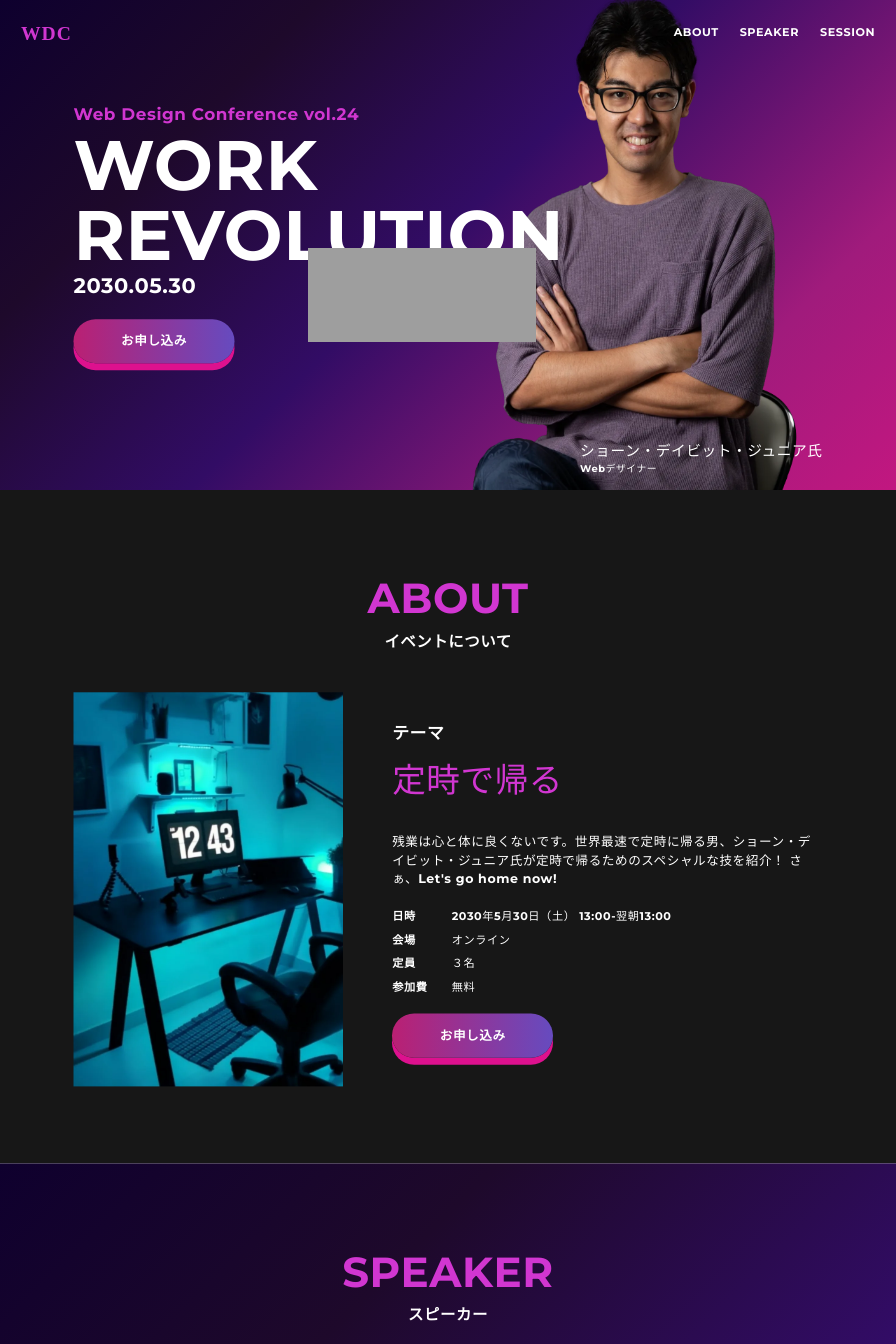
Repository: tetishi/wdc
Page: index.html
An editor plug-in stored every save of this project. The page is shown before and after a run of saves, followed by the edit.
The browser window is 1280 px wide. The pictures show the part of the page from y = 0 to 1920 px (the page is 6217 px tall before and 6224 px after), at 70% of full size.
Pictures or frames that could not be fetched are drawn as grey boxes. Some web libraries are served in a nearby version. The style sheet was rebuilt from its Sass, Less or Tailwind sources for each picture, by a compiler version that may differ from the author's.

Above is the page before, as saved 2023-07-05 14:13:44.

### index.html
<!DOCTYPE html>
<html lang="ja">
<head>
    <meta charset="UTF-8">
    <meta http-equiv="X-UA-Compatible" content="IE=edge">
    <meta name="viewport" content="width=device-width, initial-scale=1.0">
    <title>WDC</title>
    <link href="https://use.fontawesome.com/releases/v5.6.1/css/all.css" rel="stylesheet">
    <link href="https://fonts.googleapis.com/css2?family=Montserrat:wght@700&display=swap" rel="stylesheet">
    <link rel="icon" href="img/favicon.ico">
    <link rel="stylesheet" href="./css/reset.css">
    <link rel="stylesheet" href="./css/style.css">
</head>
<body>
    <header class="header">
        <div class="header-inner">
            <h2 class="nav-title">
                <a href="./index.html">
                    <img src="img/WDC.svg" alt="WDC">
                </a>
            </h2>
            <nav class="header-nav">
                <ul id="page-link" class="header-list">
                    <li class="header-item">
                        <a href="#about">ABOUT</a>
                    </li>
                    <li class="header-item">
                        <a href="#speaker">SPEAKER</a>
                    </li>
                    <li class="header-item">
                        <a href="#session">SESSION</a>
                    </li>
                </ul>
            </nav>
        </div>
    </header>

    <main>
        <!-- fv -->
        <div class="fv">
            <div class="section-inner fv-wrapper">
                    <!-- page-title-wrapper -->
                    <div class="page-title-wrapper">
                        <div class="page-title-upper">Web Design <br class="sp-br"> Conference vol.24</div>
                        <h2 class="page-title">
                            WORK<br>
                            REVOLUTION
                        </h2>
                        <div class="page-title-bottom">2030.05.30</div>
                        <div id="page-link" class="fv-btn">
                            <a href="#registor" class="link-btn">お申し込み</a>
                        </div>
                    </div>
                    <div class="ceo-wrraper">
                        <p class="ceo-name">ショーン・デイビット・ジュニア氏</p>
                        <p class="ceo-occupation">Webデザイナー</p>
                    </div>
            </div>
        </div>

        <!-- about -->
        <section id="about" class="about-section-wrapper">
            <div class="section-inner">
                <h2 class="section-title">ABOUT</h2>
                <p class="section-under-title">イベントについて</p>
                <div class="about-container">
                    <div class="about-left-conatiner">
                        <div class="about-img-box">
                            <picture>
                                <source srcset="img/about.webp" type="image/webp">
                                <img src="img/about.jpg" alt="デスクの上のモニターには時間が表示されている">
                            </picture>
                        </div>
                    </div>
                    <div class="about-right-container">
                        <p class="top-text">テーマ</p>
                        <h3 class="theme">定時で帰る</h3>
                        <p class="theme-content">残業は心と体に良くないです。世界最速で定時に帰る男、ショーン・デイビット・ジュニア氏が定時で帰るためのスペシャルな技を紹介！ さぁ、Let's go home now!</p>
                        <table class="about-table">
                            <tbody>
                                <tr>
                                    <th>日時</th>
                                    <td>2030年5月30日（土） 13:00-翌朝13:00</td>
                                </tr>
                                <tr>
                                    <th>会場</th>
                                    <td>オンライン</td>
                                </tr>
                                <tr>
                                    <th>定員</th>
                                    <td>３名</td>
                                </tr>
                                <tr>
                                    <th>参加費</th>
                                    <td>無料</td>
                                </tr>
                            </tbody>
                        </table>
                        <div id="page-link">
                            <a href="#registor" class="link-btn">お申し込み</a>
                        </div>
                    </div>
                </div>
            </div>
        </section>

        <!-- speaker -->
        <section id="speaker" class="speaker-section-wrapper">
            <div class="section-inner">
                <h2 class="section-title">SPEAKER</h2>
                <p class="section-under-title">スピーカー</p>
                <div class="ceo-container">
                    <div class="ceo-left">
                        <h3 class="speaker-name">Shawn David Jr</h3>
                        <p class="jp-name">ショーン・デイビット・ジュニア</p>
                        <div class="speaker-text">
                            <p>株式会社スタート代表取締役。Webデザイナー。<br>
                                定時になると仕事用の脳と身体機能が停止し自動的に帰路につく男。ショーン氏のその姿は人間と言うよりもさながらアンドロイドのようである。<br>
                                ショーン氏は著書『会社ではアンドロイドになれ』の中でこう語っている。<br>
                                「会社における仕事において、我々は自分を機械、そうアンドロイドと思い込むべきだ。定時になれば自動で仕事用の機能は停止されるのだ。決められた時間に、設定されたタスクのみを行う、それがアンドロイドの役目だろう？そして、それは会社で働く我々人間の権利でもある」<br>
                                アンドロイドのように働くべきと語るショーン氏の考え方はディストピア思想と揶揄されるが、本イベントでは氏の考え方をたっぷりと味わいたい。
                            </p>
                        </div>
                    </div>
                    <div class="ceo-right">
                        <picture>
                            <source srcset="img/sean.webp" type="image/webp">
                            <img src="img/sean.jpg" alt="株式会社スタート代表取締役のShawn David Jrの写真">
                        </picture>
                    </div>
                </div>
                <div class="mihoko-container">
                    <div class="mihoko-left">
                        <picture>
                            <source srcset="img/mihoko.webp" type="image/webp">
                            <img src="img/mihoko.jpg" alt="会社員兼プロテニスプレイヤーのMihoko Tennisの写真">
                        </picture>
                    </div>
                    <div class="mihoko-right">
                        <h3 class="speaker-name">Mihoko Tennis</h3>
                        <p class="jp-name">ミホコ・テニース</p>
                        <div class="speaker-text">
                            <p>会社員兼プロテニスプレイヤー。WTOランキング63,984位。<br>
                                会社員をしながらプロテニスプレイヤーとしても生計を立てているミホコ氏。平日は仕事で忙しい中、一体どのようにテニスの練習時間を捻出しているのか？会社にもテニスラケットを持ち込むというミホコ氏のワーキングスタイルに迫る。
                            </p>
                        </div>
                    </div>
                </div>
                <div class="jecica-container">
                    <div class="jecica-left">
                        <h3 class="speaker-name">Jecica Pannacotta </h3>
                        <p class="jp-name">ジェシカ・パンナコッタ</p>
                        <div class="speaker-text">
                            <p>フリーランスのエンジニア。<br>
                                「絶対に自宅でフルリモートで働く」という徹底したモットーに基づき、約7年間外出をしていない。インターネットを信仰しており、リアルやオフラインよりもオンラインを最重要視するライフスタイルを実践している。「外に出たら負け」が口グセのジェシカ氏の『超ネット仕事術』は必聴。
                            </p>
                        </div>
                    </div>
                    <div class="jecica-right">
                        <picture>
                            <source srcset="img/jecica.webp" type="image/webp">
                            <img src="img/jecica.jpg" alt="フリーランスのエンジニアJecica Pannacottaの写真">
                        </picture>
                    </div>
                </div>
            </div>
        </section>

        <!-- session -->
        <section id="session" class="session-section-wrapper">
            <div class="section-inner">
                <h2 class="section-title">SESSION</h2>
                <p class="section-under-title">セッション</p>
                <div class="session-container">
                    <ul class="session-list">
                        <li class="session-item">
                            <div class="session-left">
                                <p class="session-item-time">13:00-14:00</p>
                            </div>
                            <div class="session-right">
                                <h3 class="session-item-title">ライトニングトーク：定時に帰る、それはアンドロイドになること</h3>
                                <p class="session-item-body">
                                    スピーカー：ショーン・デイビット・ジュニア<br>
                                    人間らしくあろうとすること、それが残業を生むのだ。さぁ！アンドロイドになるのだ！
                                </p>
                            </div>
                        </li>
                        <li class="session-item">
                            <div class="session-left">
                                <p class="session-item-time">14:00-18:00</p>
                            </div>
                            <div class="session-right">
                                <h3 class="session-item-title">ショーンのとっておきの定時に帰る方法</h3>
                                <p class="session-item-body">
                                    スピーカー：ショーン・デイビット・ジュニア<br>
                                    アンドロイド的定時に帰る方法を紹介。ワタシ、テイジデカエリマス。
                                </p>
                            </div>
                        </li>
                        <li class="session-item">
                            <div class="session-left">
                                <p class="session-item-time">18:00-24:00</p>
                            </div>
                            <div class="session-right">
                                <h3 class="session-item-title">公私混同仕事術</h3>
                                <p class="session-item-body">
                                    スピーカー：ミホコ・テニース<br>
                                    私は会社にもテニスラケットを持ち込む。そう、もういっそのこと仕事と趣味の境界線を消しましょう。
                                </p>
                            </div>
                        </li>
                        <li class="session-item">
                            <div class="session-left">
                                <p class="session-item-time">24:00-13:00</p>
                            </div>
                            <div class="session-right">
                                <h3 class="session-item-title">超ネット仕事術</h3>
                                <p class="session-item-body">
                                    スピーカー：ジェシカ・パンナコッタ<br>
                                    ７年間一度も外出せずに仕事をする方法を紹介。自宅大好きっ！
                                </p>
                            </div>
                        </li>
                    </ul>
                </div>
            </div>
        </section>

        <!-- registor -->
        <section id="registor" class="registor-section-wrapper">
            <div class="section-inner">
                <h2 class="section-title">REGISTOR</h2>
                <p class="section-under-title">お申し込み</p>
                <div class="registor-container">
                    <form action="" class="form">
                        <div class="form-item">
                            <div class="form-title first-point">
                                <label for="occupation">ご職業
                                    <span class="form-required">*必須</span>
                                </label>
                            </div>
                            <div class="checkbox-group">
                                <div class="checkbox-item">
                                    <input id="employee" type="checkbox" name="employee" value="employee" class="checkbox">
                                    <label for="employee">会社員</label>
                                </div>
                                <div class="checkbox-item">
                                    <input id="self-employed" type="checkbox" name="self-employed" value="self-employed" class="checkbox">
                                    <label for="self-employed">個人事業主</label>
                                </div>
                                <div class="checkbox-item">
                                    <input id="unemployed" type="checkbox" name="unemployed" value="unemployed" class="checkbox">
                                    <label for="unemployed">求職中</label>
                                </div>
                                <div class="checkbox-item">
                                    <input id="other" type="checkbox" name="other" value="other" class="checkbox">
                                    <label for="other">その他</label>
                                </div>
                            </div>
                        </div>
                        <div class="form-item">
                            <div class="form-title">
                                <label for="name">お名前
                                    <span class="form-required">*必須</span>
                                </label>
                            </div>
                            <input id="name" type="text" name="name" required class="form-input">
                        </div>
                        <div class="form-item">
                            <div class="form-title">
                                <label for="email">メールアドレス
                                    <span class="form-required">*必須</span>
                                </label>
                            </div>
                            <input id="email" type="email" name="email" required class="form-input">
                        </div>
                        <div class="form-item">
                            <div class="form-title">
                                <label for="tel">電話番号
                                    <span class="form-note">（半角数字ハイフンなし）</span>
                                </label>
                            </div>
                            <input id="tel" type="tel" name="tel" class="form-input">
                        </div>
                        <div class="form-item">
                            <div class="form-title">
                                <label for="comment">スピーカーに質問したいこと
                                    <span class="form-required">*必須</span>
                                </label>
                            </div>
                            <textarea name="comment" id="comment" cols="30" rows="10" placeholder="ご自由にお書きください"></textarea>
                        </div>
                        <div class="form-item">
                            <div class="form-title">
                                <label for="source">WDCをどちらでお知りになりましたか？
                                    <span class="form-required">*必須</span>
                                </label>
                            </div>
                            <select name="source" id="source">
                                <option value>選択してください</option>
                                <option value="Google/Yahoo検索">Google/Yahoo検索</option>
                                <option value="SNS">SNS</option>
                                <option value="ブログ">ブログ</option>
                                <option value="友人や知人">友人や知人</option>
                                <option value="その他">その他</option>
                            </select>
                        </div>
                        <div class="form-btn">
                            <button type="submit" class="btn">送信する</button>
                        </div>
                    </form>
                </div>
            </div>
        </section>

        <!-- footer -->
        <footer class="footer">
            <div class="footer-text">©2030 Web Design Conference</div>
        </footer>
        <a class="pagetop" href="#">
            <div class="pagetop-arrow">
                <i class="fas fa-angle-up"></i>
            </div>
        </a>
    </main>
    <script src="https://ajax.googleapis.com/ajax/libs/jquery/3.6.0/jquery.min.js"></script>
    <script src="js/script.js"></script>
</body>
</html>

### css/reset.css
/*
html5doctor.com Reset Stylesheet
v1.6.1
Last Updated: 2010-09-17
Author: Richard Clark - http://richclarkdesign.com
Twitter: @rich_clark
*/

* {
    box-sizing: border-box;
}

html,
body,
div,
span,
object,
iframe,
h1,
h2,
h3,
h4,
h5,
h6,
p,
blockquote,
pre,
abbr,
address,
cite,
code,
del,
dfn,
em,
img,
ins,
kbd,
q,
samp,
small,
strong,
sub,
sup,
var,
b,
i,
dl,
dt,
dd,
ol,
ul,
li,
fieldset,
form,
label,
legend,
table,
caption,
tbody,
tfoot,
thead,
tr,
th,
td,
article,
aside,
canvas,
details,
figcaption,
figure,
footer,
header,
hgroup,
menu,
nav,
section,
summary,
time,
mark,
ruby,
audio,
video {
    margin: 0;
    padding: 0;
    border: 0;
    outline: 0;
    font-size: 100%;
    vertical-align: baseline;
    background: transparent;
}

body {
    line-height: 1.5;
}

img {
    width: 100%;
    height: auto;
    object-fit: cover;
}

button {
    background-color: transparent;
    border: none;
    cursor: pointer;
    outline: none;
    padding: 0;
    appearance: none;
}

article,
aside,
details,
figcaption,
figure,
footer,
header,
hgroup,
menu,
nav,
section {
    display: block;
}

nav ul {
    list-style: none;
}

li {
    list-style: none;
}

a {
    margin: 0;
    padding: 0;
    font-size: 100%;
    vertical-align: baseline;
    background: transparent;
}

input,
select {
    vertical-align: middle;
}

/*end reset css*/

Loaded but not shown: js/script.js (23 lines, source omitted); css/style.scss (639 lines, source omitted)

After the next 2 saves:
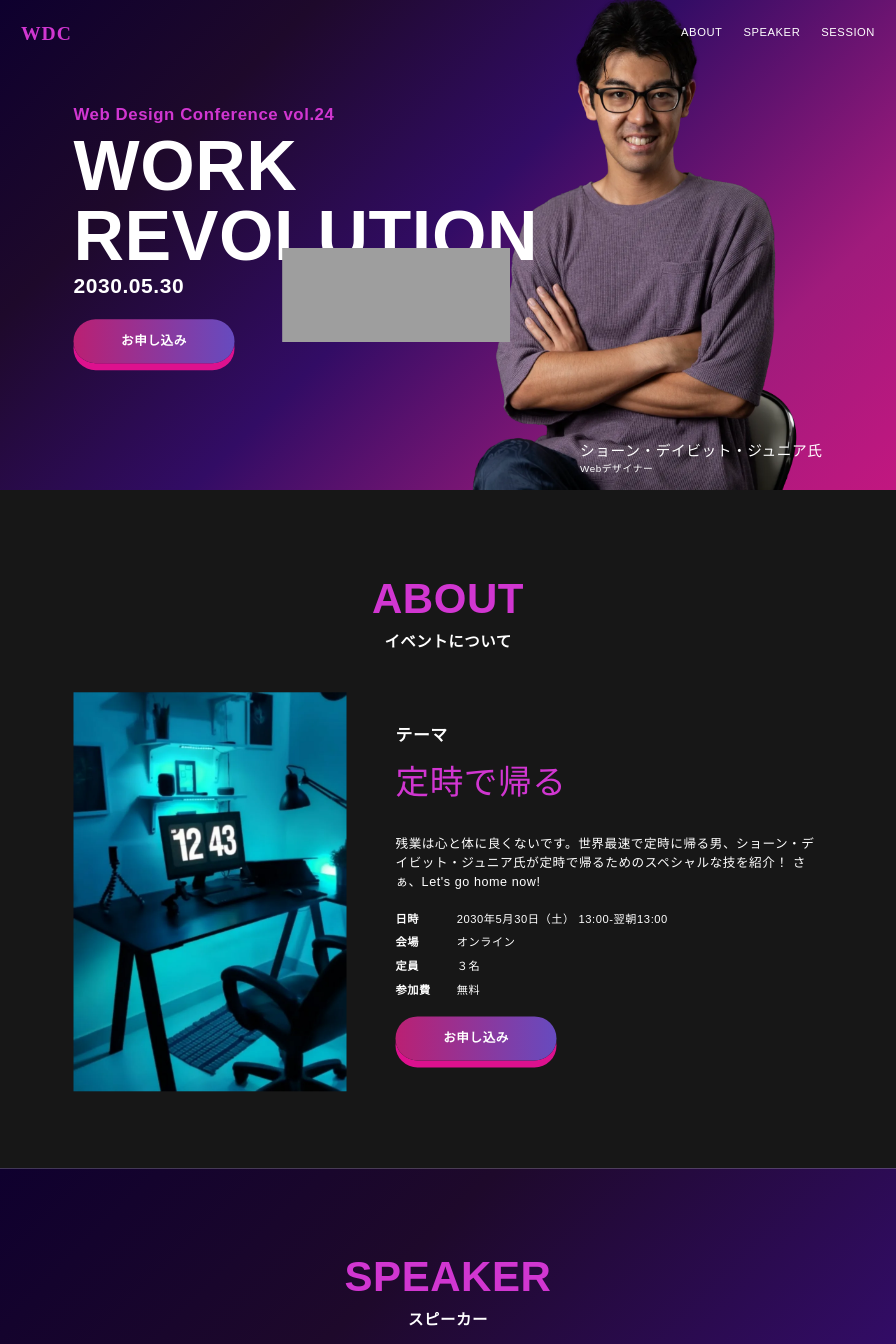
The 2 saves are shown as one change because they came seconds apart.
The last was saved 6 h 54 min later.
--- a/index.html
+++ b/index.html
@@ -6,8 +6,7 @@
     <meta name="viewport" content="width=device-width, initial-scale=1.0">
     <title>WDC</title>
     <link href="https://use.fontawesome.com/releases/v5.6.1/css/all.css" rel="stylesheet">
-    <link href="https://fonts.googleapis.com/css2?family=Montserrat:wght@700&display=swap" rel="stylesheet">
-    <link rel="icon" href="img/favicon.ico">
+        <link rel="icon" href="img/favicon.ico">
     <link rel="stylesheet" href="./css/reset.css">
     <link rel="stylesheet" href="./css/style.css">
 </head>

After the 3 saves that followed:
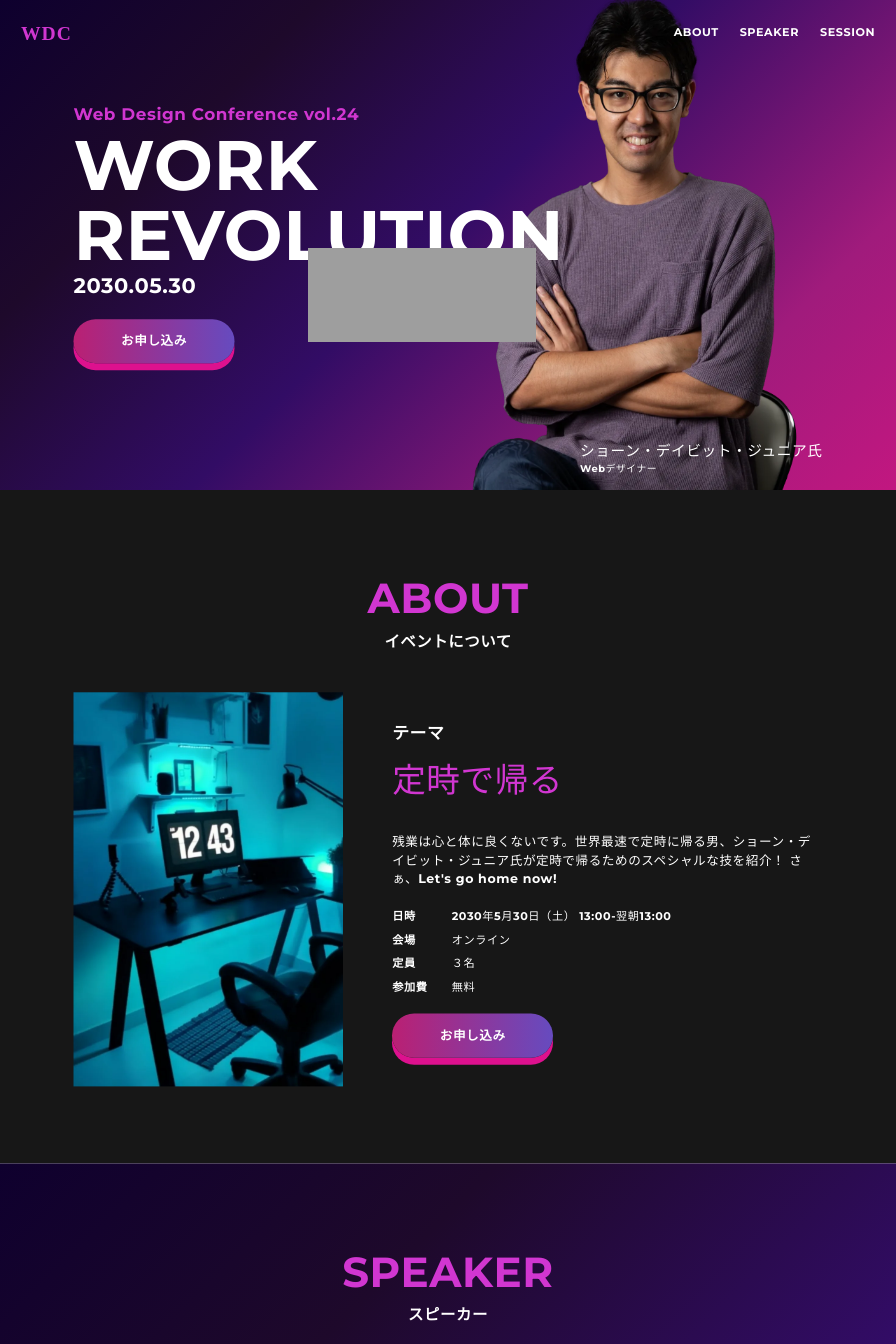
The 3 saves are shown as one change because they came seconds apart.
The last was saved 12 s later.
--- a/index.html
+++ b/index.html
@@ -6,7 +6,8 @@
     <meta name="viewport" content="width=device-width, initial-scale=1.0">
     <title>WDC</title>
     <link href="https://use.fontawesome.com/releases/v5.6.1/css/all.css" rel="stylesheet">
-        <link rel="icon" href="img/favicon.ico">
+    <link href="https://fonts.googleapis.com/css2?family=Montserrat:wght@700&family=Noto+Sans+JP:wght@500;700&display=swap" rel="stylesheet">
+    <link rel="icon" href="img/favicon.ico">
     <link rel="stylesheet" href="./css/reset.css">
     <link rel="stylesheet" href="./css/style.css">
 </head>
